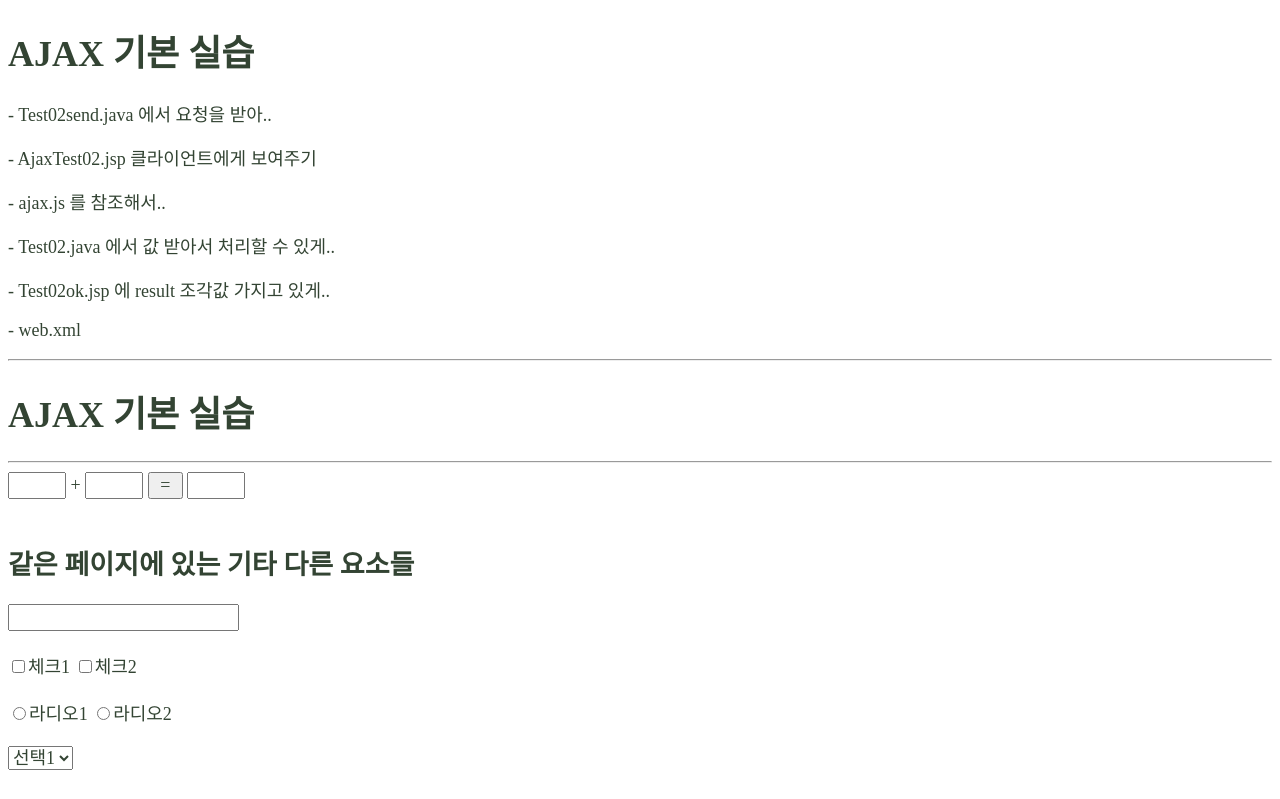
Repository: youngsik0405/Web-study
Page: http://localhost/AjaxApp/WEB-INF/view/AjaxTest02.jsp
The author's editor kept a copy of each file at every save. The page is drawn from the files as they stood at one save, then again after a run of saves.
The browser window is 1280 px wide. The pictures show the whole page.
The page is served by Tomcat 9. Nobody is signed in. Other server files are loaded and not shown. The template is opened directly, without the code that normally fills it, so the values that code supplies are empty.

Above is the page before, as saved 2025-01-31 05:02:26.

### AjaxApp/WebContent/WEB-INF/view/AjaxTest02.jsp
<%@ page contentType="text/html; charset=UTF-8"%>
<%@ taglib prefix="c" uri="http://java.sun.com/jsp/jstl/core"%>
<%
	request.setCharacterEncoding("UTF-8");
	String cp = request.getContextPath();
%>
<!DOCTYPE html>
<html>
<head>
<meta charset="UTF-8">
<title>AjaxTest02.jsp</title>
<link rel="stylesheet" type="text/css" href="<%=cp %>/css/main.css">
<style type="text/css">
	.short
	{
		width: 50px;
		text-align: right;
	}

</style>

<script type="text/javascript" src="<%=cp%>/js/ajax.js"></script>
<script type="text/javascript">

	function sum()
	{
		// 확인
		//alert("함수 호출 확인~!!!");

		// 데이터 수집
		var n1 = document.getElementById("num1").value;
		var n2 = document.getElementById("num2").value;

		// URL 구성
		var url = "test02.do?n1=" + n1 + "&n2=" + n2;

		// XMLHttpRequest 객체 생성(→ AJAX 객체) : 스탭 생성
		ajax = createAjax();								//-- ajax.js

		ajax.open("GET", url, true);			// : 스탭한테 어떻게 처리하라고 작업지시서 전달
		//-- 『GET』 : 데이터 전송 및 페이지 요청 방식
		//             (POST 사용 가능. 단, POST 사용 시 헤더 추가 필요)
		//   『url』 : AJAX 요청 페이지
		//             (데이터 수신 및 응답 페이지)
		//   『true』: boolean
		//             true → 비동기, false → 동기. 동기는 사용 안함.
		//-- 실제 서버와의 연결이 아니고
		//   일종의 환경 설정 부분으로 이해하는 것이
		//   (실제 서버 연결은 나중에....)

		// ajax 객체(→ XMLHttpRequest 객체)의 readyState 속성은
		// 각 단계별로 변화되며, 0 부터 4 까지 순차적으로 증가하는 형태로 변화한다.
		// 그 때 마다... 『readystatechange』 이벤트가 발생한다.
		ajax.onreadystatechange = function()	// : 이런 이벤트가 발생할 때마다 체크하셈
		{
			//alert("readyState : " + ajax.readyState);

			// readystatechange 이벤트가 발생한 상황에서...
			// readyState 속성을 확인하여 그 중에서...(0 부터 4 까지의 상태 중에서...)
			// 4 가 되는 순간이 요청했던 서버로부터 응답이 완료된 시점이기 때문에
			// 4 인 경우... 수행해야 할 업무를 진행한다.
			if (ajax.readyState==4)
			{
				// 서버로부터 응답이 완료되었다 하더라도
				// 그 과정에서 데이터가 올바른 것인지 에러 메세지를 받은 것은 아닌지
				// 알 수 없기 때문에 서버로부터 응답받은 코드를 확인한 후
				// 업무를 진행할 수 있도록 처리(구성)한다.
				if (ajax.status==200)
				{
					// 업무 처리
					//-- 업무 코드를 외부로 추출
					callBack();
				}
			}
		};

		ajax.send("");
		//-- 실제 서버에서 AJAX 요청을 한다. (즉, 이 부분이 진짜 연결 작업이다.)
		//   GET 방식으로 데이터를 전송하는 경우... 인자값이 ""
		//   POST 방식으로 데이터를 전송하는 경우... 인자값에 데이터를 넣는다.
		//   현재는 GET 방식의 요청이다. (실무적인 팁으로 비워두는 것은 하지말자.)

	}

	// 추출된 업무 코드
	//-- AJAX 요청이 완료된 후 호출되는 최종 업무 처리 함수
	function callBack()
	{
		// 여기서는 두 가지 방법 중 하나로 데이터를 가져온다.

		// 1. 서버에서 응답한 데이터가 텍스트일 경우(단일 데이터)
		var data = ajax.responseText;		//Test02ok.jsp가 쥐고 있던 result 텍스트값을 받아옴..

		// 2. 서버에서 응답한 데이터가 XML일 경우(다량의 데이터)
		//var data = ajax.responseXML;

		// 서버로부터 수신한 데이터를 업무에 적용한다.
		document.getElementById("result").value = data;

	}

</script>

</head>
<body>

<div>
	<h1>AJAX 기본 실습</h1>
	<p>- Test02send.java 에서 요청을 받아..</p>
	<p>- AjaxTest02.jsp 클라이언트에게 보여주기</p>
	<p>- ajax.js 를 참조해서..</p>
	<p>- Test02.java 에서 값 받아서 처리할 수 있게..</p>
	<p>- Test02ok.jsp 에 result 조각값 가지고 있게..</p>
	<p>- web.xml</p>

	<hr>
</div>

<div>
	<h1>AJAX 기본 실습</h1>
	<hr>
</div>

<input type="text" id="num1" class="short">
+
<input type="text" id="num2" class="short">
<input type="button" value=" = " onclick="sum()">
<input type="text" id="result" class="short">

<br><br>

<h2>같은 페이지에 있는 기타 다른 요소들</h2>

<input type="text">
<br><br>

<label><input type="checkbox" name="check" value="check1">체크1</label>
<label><input type="checkbox" name="check" value="check2">체크2</label>
<br><br>

<label><input type="radio" name="rdo" value="rdo1">라디오1</label>
<label><input type="radio" name="rdo" value="rdo2">라디오2</label>
<br><br>

<select id="sel">
	<option value="1">선택1</option>
	<option value="2">선택2</option>
	<option value="3">선택3</option>
</select>
<br><br>

</body>
</html>

### AjaxApp/WebContent/css/main.css
@charset "UTF-8";


/* main.css */

*
{
	font-family: 맑은 고딕;
	color: #334433;
}

body, p, div, span, input, table, th, td, select
{
	font-size: 18px;
}

.control
{
	border: 1px solid gray;
	border-radius: 3px;
}

.table
{
	border-collapse: collapse;
	width: 100%;
}

.table th, .table td
{
	border: 1px solid gray;
	border-left: 0px;
	border-right: 0px;
	padding: 3px;
	line-height: 150%;
}

.table th
{
	font-weight: bold;
	background-color: #eeeeee;
}

.btn
{
	font-weight: bold;
}

.btn:hover
{
	color: white;
	background-color: #778877;
}

### AjaxApp/WebContent/js/ajax.js
/**
 *  ajax.js
 */

//var xmlHttp;
var ajax;

// AJAX 객체(→ XMLHttpRequest 객체) 생성 함수 정의
function createAjax()
{
	/*
	// ActiveXObject 를 지원하는 브라우저라면...
	if (window.ActiveXObject)								//-- IE 7 이전
	{
		return new ActiveXObject("Msxml2.XMLHTTP");
		// return new ActiveXObject("Microsoft.XMLHTTP");	//line15구문과 같은 뜻~!
		//-- 이와 같은 방식으로 XMLHttpRequest 객체를 생성해서 반환하라.
		//   (ActiveXObject 객체 → XMLHttpRequest 객체의 대리 객체)

	}
	else													//-- 그 외 브라우저
	{
		if (window.XMLHttpRequest)							//-- XMLHttpRequest 지원 브라우저
		{
			return new XMLHttpRequest();
			//-- 이와 같은 방식으로 XMLHttpRequest 객체를 생성해서 반환하라.

		}
		else												//-- AJAX 를 지원하지 않는 브라우저
		{
			return null;
		}
	}
	*/

	if (window.XMLHttpRequest)
	{
		return new XMLHttpRequest();

	}
	else if (window.ActiveXObject)
	{
		//return new ActiveXObject("Msxml2.XMLHTTP");
		return new ActiveXObject("Microsoft.XMLHTTP");	//line43구문과 같은 뜻~!
	}
	else
	{
		return null;
	}
}

After the next 2 saves:
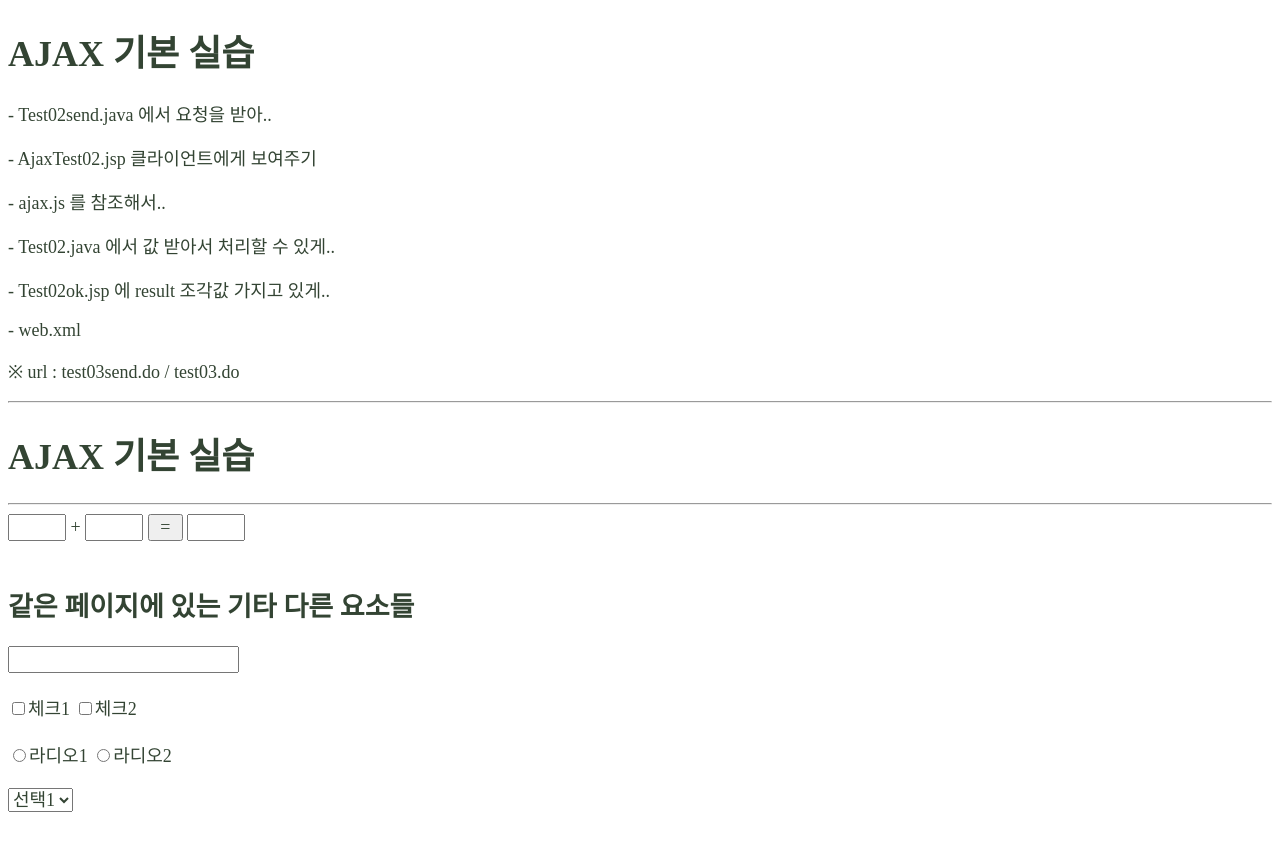
The 2 saves are shown as one change because they came seconds apart.
The last was saved 25 s later.
--- a/AjaxApp/WebContent/WEB-INF/view/AjaxTest02.jsp
+++ b/AjaxApp/WebContent/WEB-INF/view/AjaxTest02.jsp
@@ -112,6 +112,7 @@
 	<p>- Test02.java 에서 값 받아서 처리할 수 있게..</p>
 	<p>- Test02ok.jsp 에 result 조각값 가지고 있게..</p>
 	<p>- web.xml</p>
+	<p>※ url : test03send.do / test03.do</p>
 
 	<hr>
 </div>
